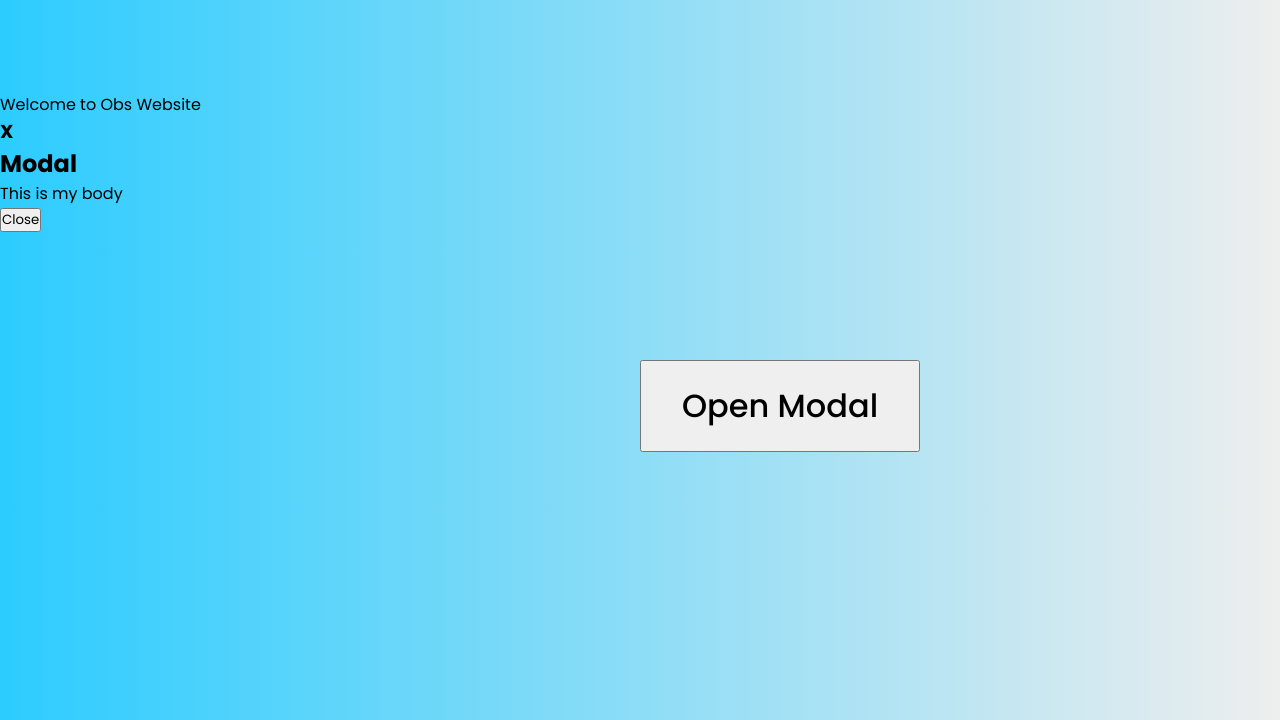
Repository: lausamtuong/Modal_card
Page: index.html
The author's editor kept a copy of each file at every save. The page is drawn from the files as they stood at one save, then again after a run of saves.
The browser window is 1280 px wide. The pictures show the whole page.
The style sheet was rebuilt from its Sass, Less or Tailwind sources for each picture, by a compiler version that may differ from the author's.

Above is the page before, as saved 2021-12-14 21:32:49.

After the next 2 saves:
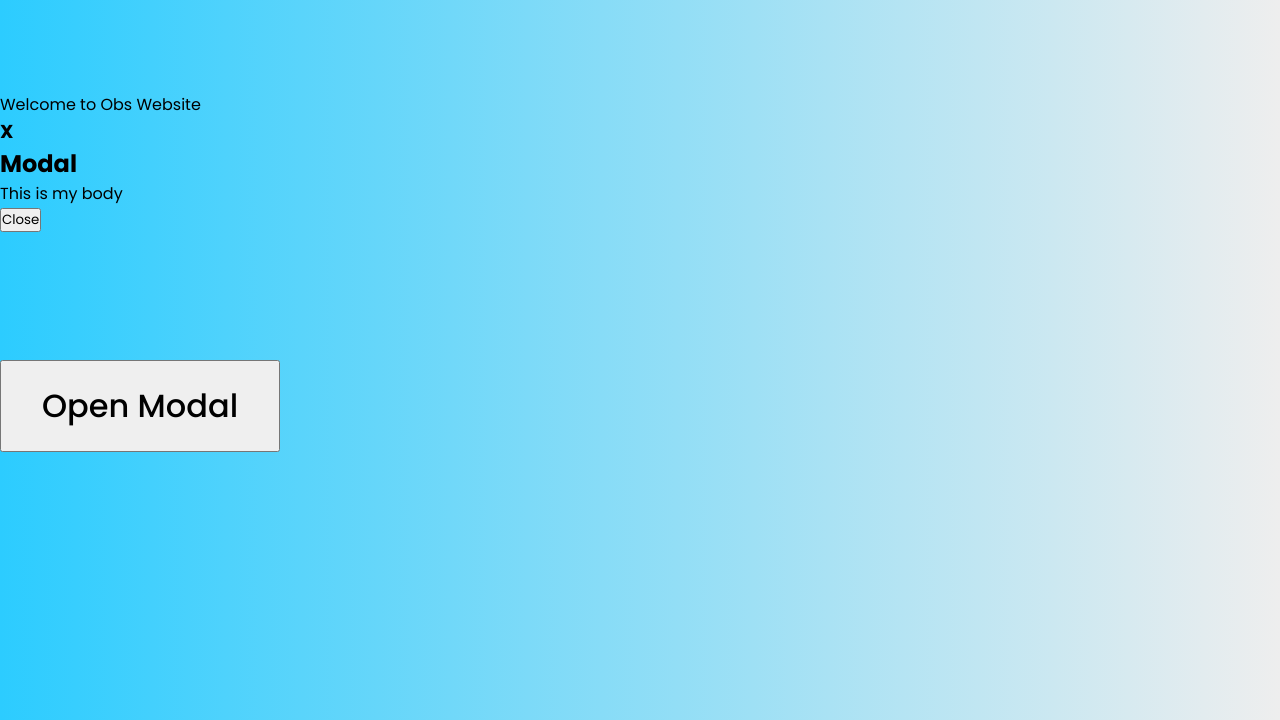
The 2 saves are shown as one change because they came seconds apart.
The last was saved 5 s later.
--- a/style.scss
+++ b/style.scss
@@ -11,10 +11,10 @@ body{
 .open__btn{
      position: relative;;
    top:50%;
-   left:50%;
+   left:0%;
    outline: none;
    padding : 20px 40px;
    font-weight: 500;
    font-size: 2rem;
-   right:5%;
+
 }
